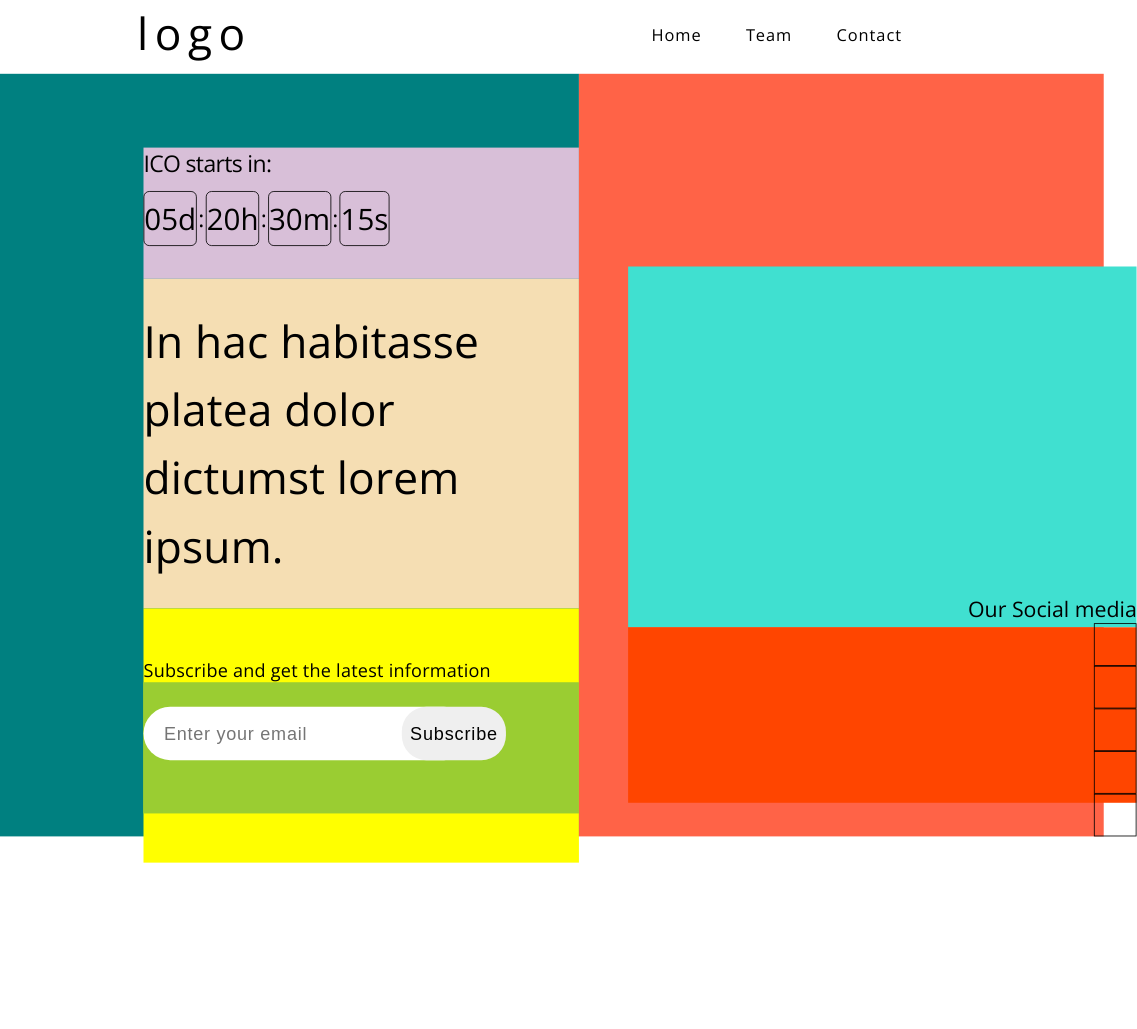
Repository: McGregorSt/newOne
Page: index.html
The author's editor kept a copy of each file at every save. The page is drawn from the files as they stood at one save, then again after the next save.
The browser window is 1280 px wide. The page is 1386 px wide, so the pictures cover 1386 px, including what lies to the right of the window. The pictures show the whole page, at 82% of full size.

Above is the page before, as saved 2019-12-13 19:14:58.

After the next save:
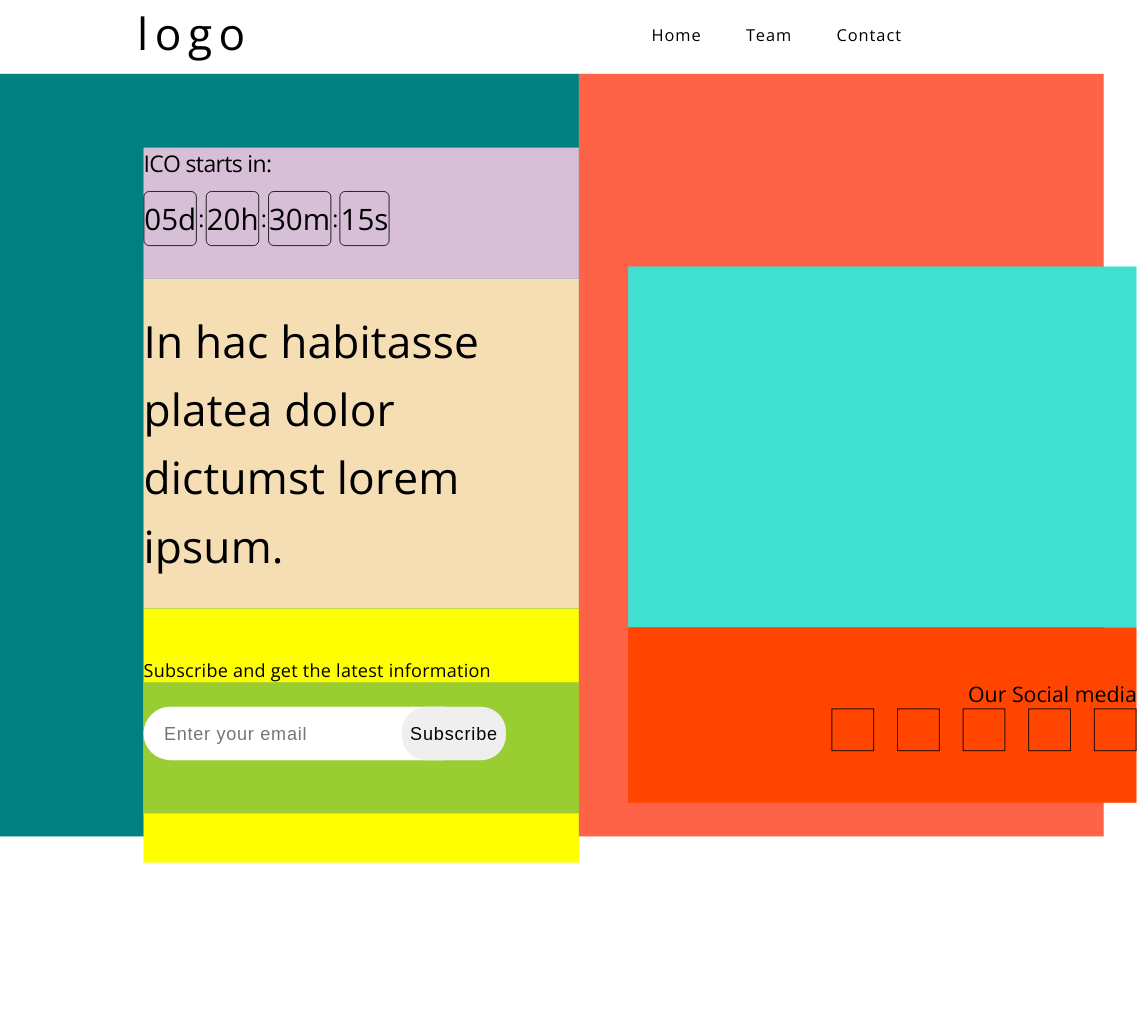
Saved 5 s later.
--- a/css/style.css
+++ b/css/style.css
@@ -147,7 +147,7 @@ body {
   background-color: orangered;
 }
 .media__social__items {
-  w
+  width: 60%;
   display: flex;
   justify-content: space-between;
 }
